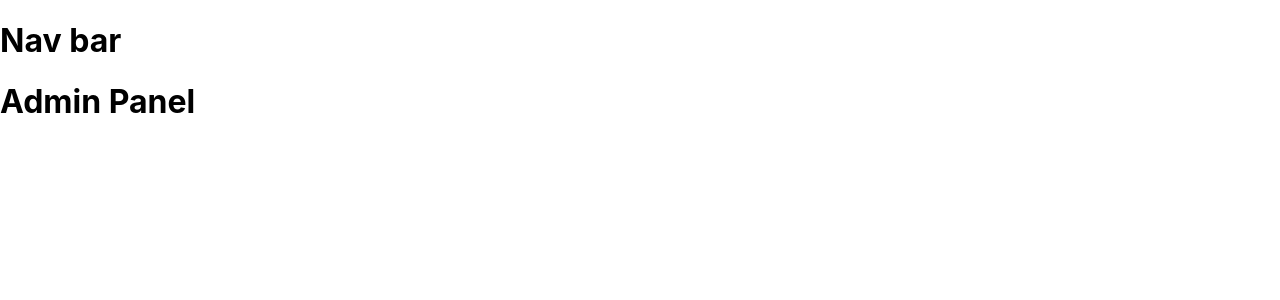
Repository: Prafullkuma/jwttoken
Page: /admin
The author's editor kept a copy of each file at every save. The page is drawn from the files as they stood at one save, then again after the next save.
The browser window is 1280 px wide. The pictures show the whole page.
The project was rebuilt for these pictures with package versions that can differ from the ones it lists, and the page was loaded fresh each time. Also part of the build but not shown: src/App.css, src/component/Auth/Signup.js, src/component/Auth/Signin.js, src/component/User/User.js, src/component/Home/Home.js.

Above is the page before, as saved 2020-08-22 20:30:44.

### src/App.js
import React from 'react';
import { BrowserRouter, Route } from 'react-router-dom'
import './App.css';
import Navbar from './component/Navbar'
import Signup from './component/Auth/Signup';
import Signin from './component/Auth/Signin';
import User from './component/User/User';
import Dashboard from './component/Admin/Dashboard';
import Home from './component/Home/Home';

function App() {
  return (
    <div className="App">
      <BrowserRouter>
        <h1>Nav bar</h1>
        <Route path="/signup" component={Signup} />
        <Route path="/signin" component={Signin} />
        <Route path="/user" component={User} />
        <Route path="/admin" component={Dashboard} />
        <Route exact path="/" component={Home} />
      </BrowserRouter>
    </div>
  );
}

export default App;

### src/component/Admin/Dashboard.js
import React from 'react'

function Dashboard() {
    return (
        <div>
            <h1>Admin Panel</h1>
        </div>
    )
}

export default Dashboard

### src/component/Navbar.js
import React from 'react'

function Navbar() {
    return (
        <div>
            <h1>Nav Bar Data</h1>
        </div>
    )
}

export default Navbar

Loaded but not shown: src/index.js (common file); src/index.css (common file)

After the next save:
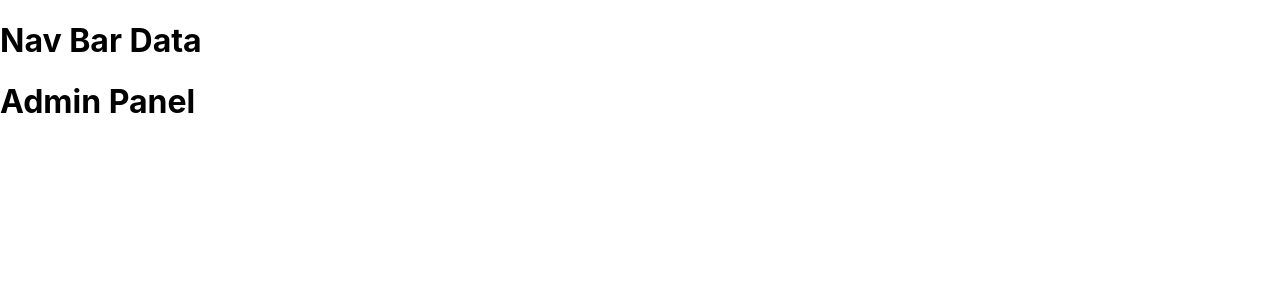
Saved 20 s later.
--- a/src/App.js
+++ b/src/App.js
@@ -12,7 +12,7 @@ function App() {
   return (
     <div className="App">
       <BrowserRouter>
-        <h1>Nav bar</h1>
+        <Navbar />
         <Route path="/signup" component={Signup} />
         <Route path="/signin" component={Signin} />
         <Route path="/user" component={User} />
